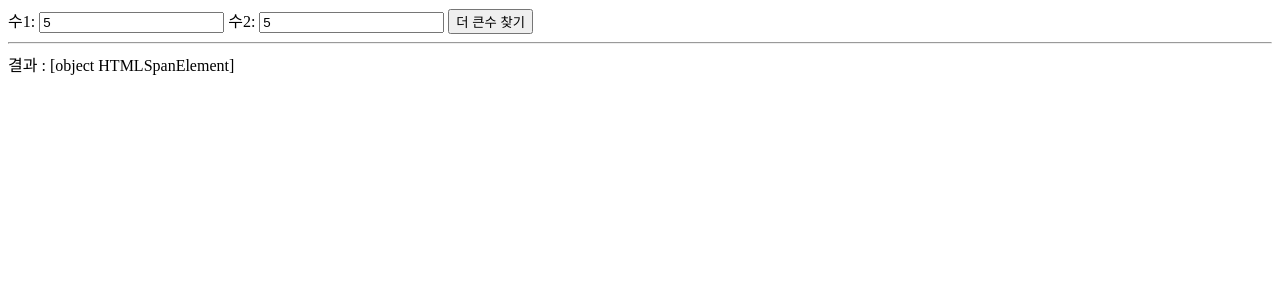
Repository: Jin0207/javaScript
Page: day0103/src/main/webapp/maxTest2.html
An editor plug-in stored every save of this project. The page is shown before and after the next save, followed by the edit.
The browser window is 1280 px wide. The pictures show the whole page.
Empty fields were first filled with sample values (such as "Sample", 5 or name@example.com).
After loading, the first visible `button` was clicked once.

Above is the page before, as saved 2022-01-03 06:36:36.

After the next save:
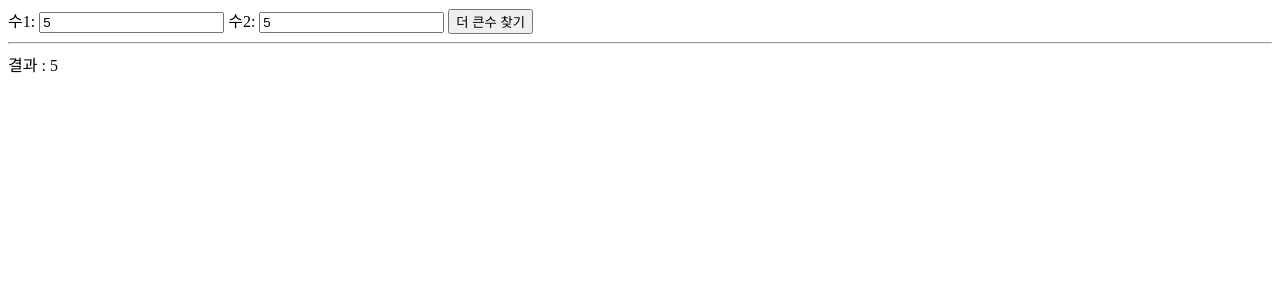
Saved 24 s later.
--- a/day0103/src/main/webapp/maxTest2.html
+++ b/day0103/src/main/webapp/maxTest2.html
@@ -8,7 +8,7 @@
 		const num1 = Number(document.getElementById("num1").value);
 		const num2 = Number(document.getElementById("num2").value);
 
-		(num1 > num2)? num1: num2;
+		var result = (num1 > num2)? num1: num2;
 
 		document.getElementById("result").innerHTML = result;
 
